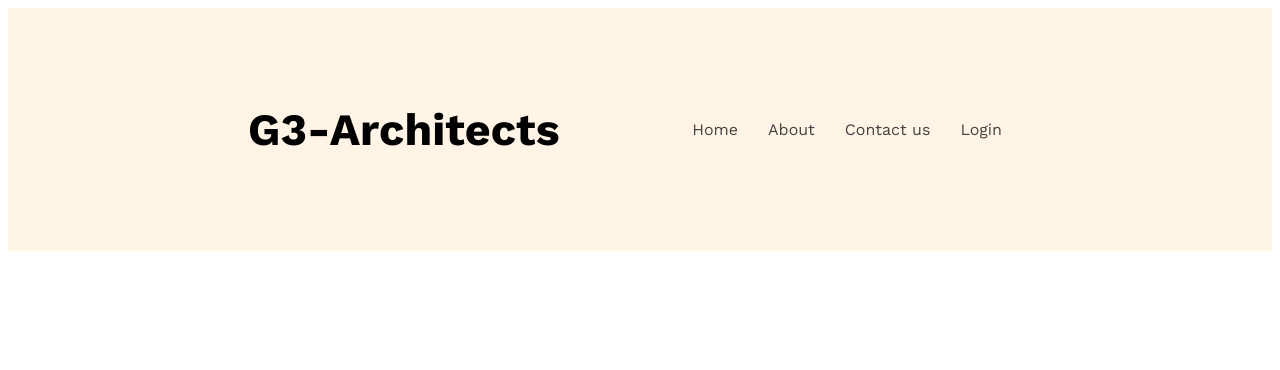
Repository: RudrasahaDibos/architects-resources
Page: index.html
The author's editor kept a copy of each file at every save. The page is drawn from the files as they stood at one save, then again after a run of saves.
The browser window is 1280 px wide. The pictures show the whole page.

Above is the page before, as saved 2024-10-06 16:35:28.

After the next 2 saves:
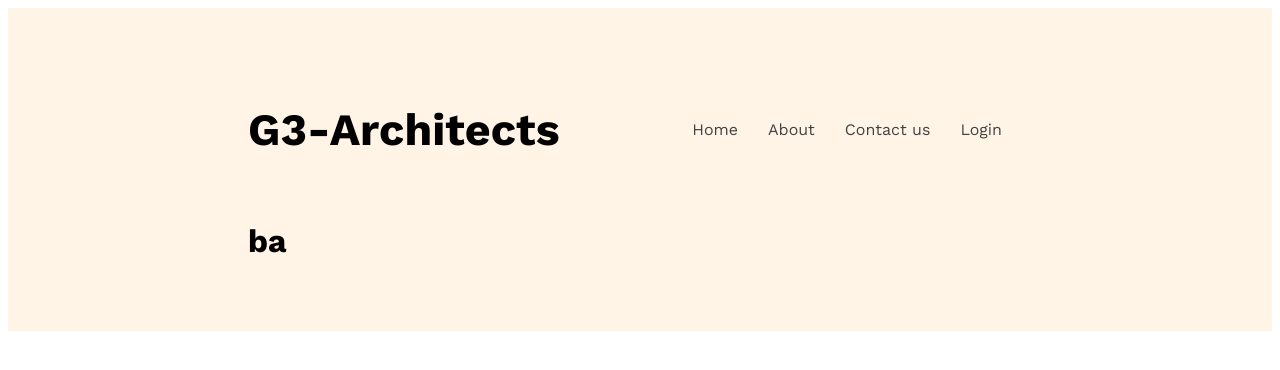
The 2 saves are shown as one change because they came seconds apart.
The last was saved 8 s later.
--- a/index.html
+++ b/index.html
@@ -18,7 +18,7 @@
               </ul>
               </nav>
              <div>
-                  <div class="banner-title"></div>
+                  <h1>ba</h1>
 
              </div>
 

After the save that followed:
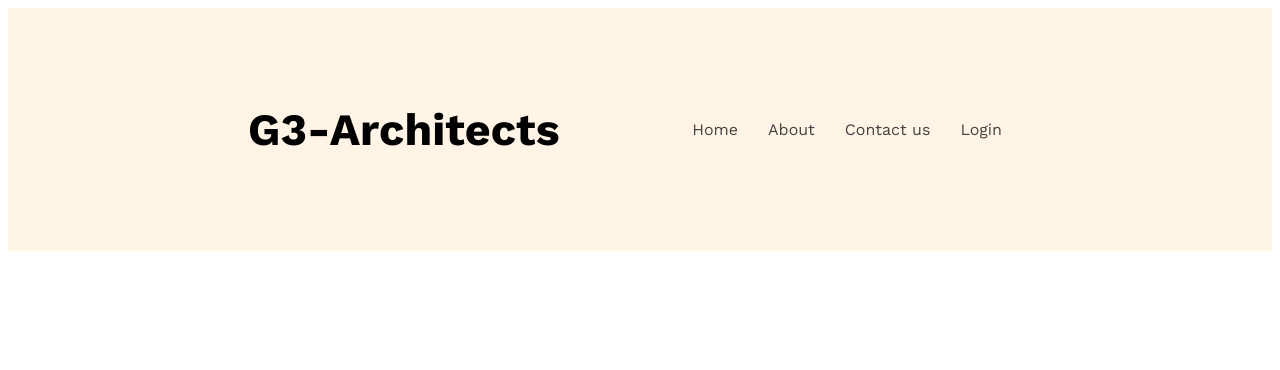
Saved 5 s later.
--- a/index.html
+++ b/index.html
@@ -18,7 +18,7 @@
               </ul>
               </nav>
              <div>
-                  <h1>ba</h1>
+                  <h1</h1>
 
              </div>
 
